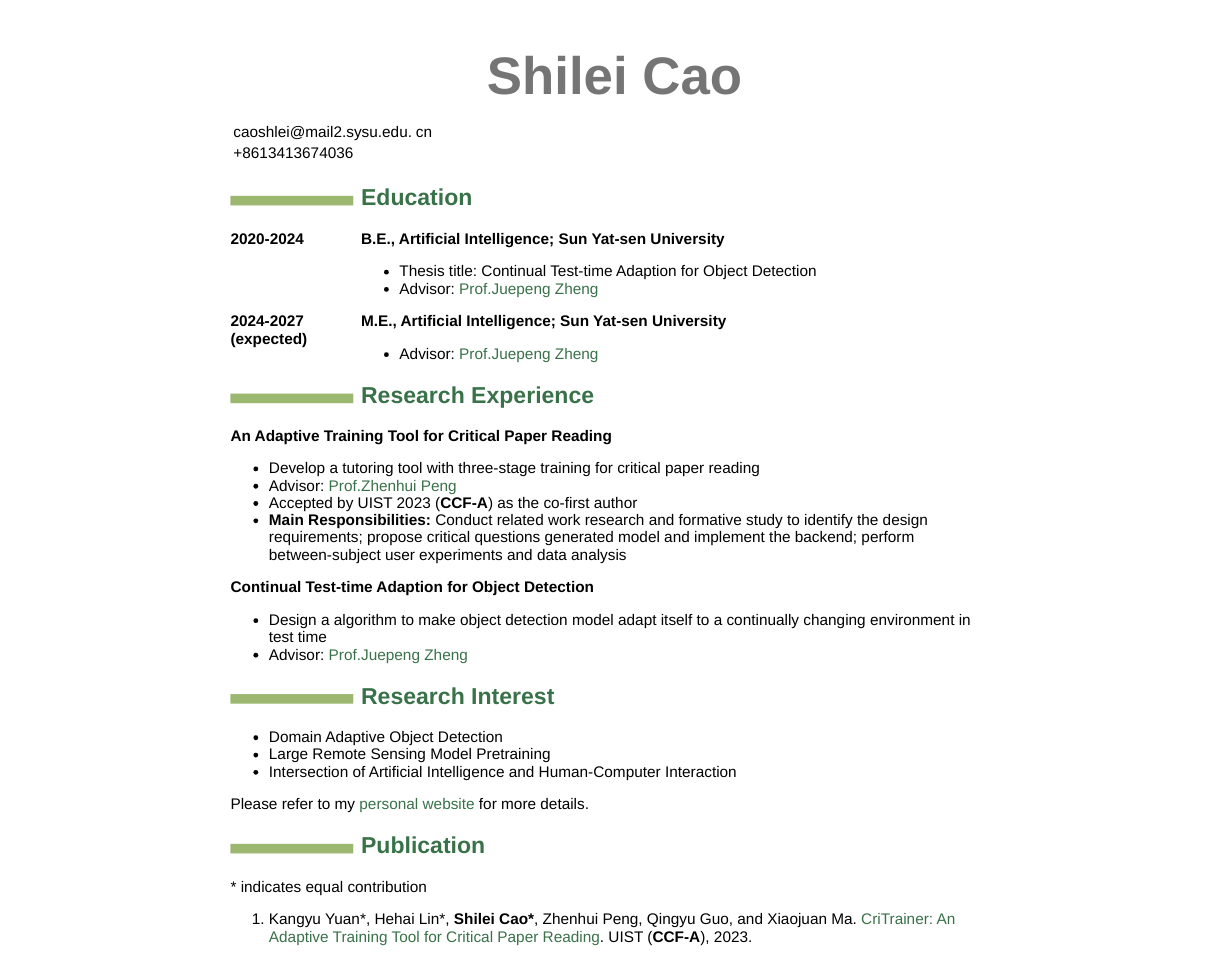
Repository: rssysu/rssysu.github.io
Page: assets/resume/csl.html
These files come from the project's save history. The page is drawn as it stood at one moment and after the next save; the edit follows.
The browser window is 1280 px wide. The pictures show the whole page, at 96% of full size.

Above is the page before, as saved 2024-08-04 13:24:40.

After the next save:
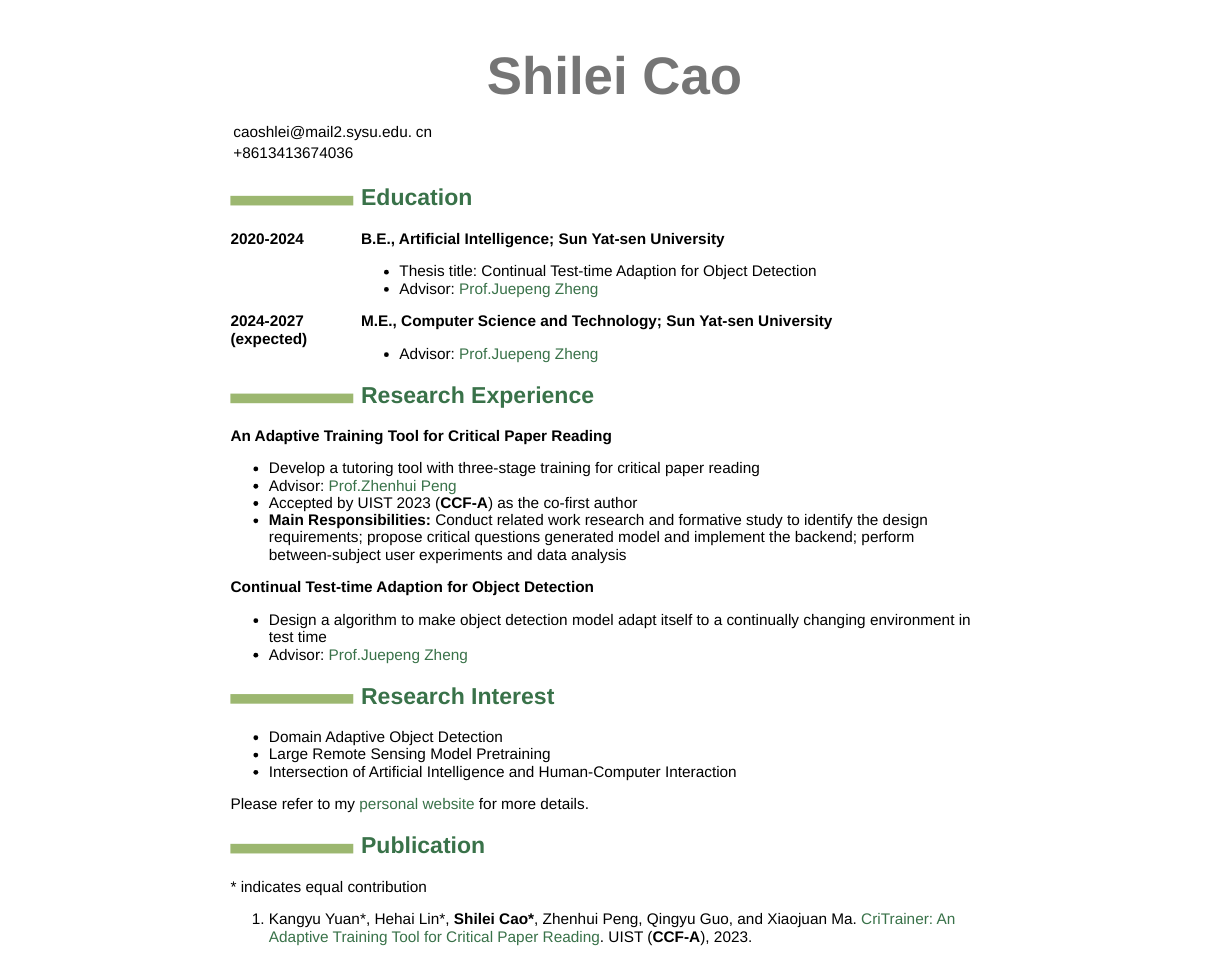
Saved 97 s later.
--- a/assets/resume/csl.html
+++ b/assets/resume/csl.html
@@ -55,7 +55,7 @@ Zheng</a></li>
 <dl>
   <dt>2024-2027 (expected) </dt>
   <dd>
-  <p><strong>M.E., Artificial Intelligence; Sun Yat-sen
+  <p><strong>M.E., Computer Science and Technology; Sun Yat-sen
   University</strong></p>
   <ul>
   <!-- <li>Thesis title: Continual Test-time Adaption for Object Detection</li> -->
